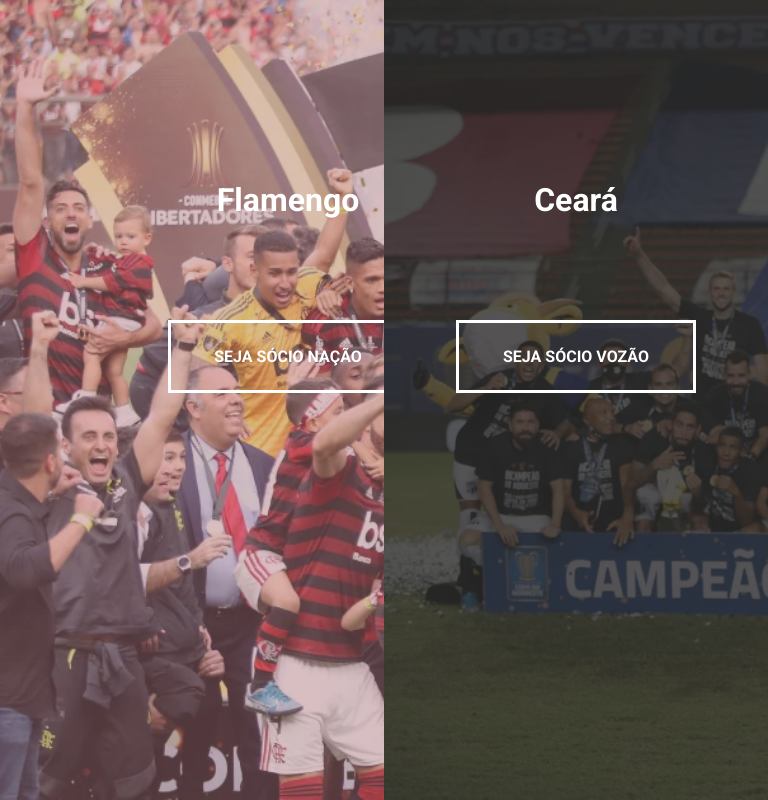
Repository: Williamlmachado/Divis-o-de-P-gina
Page: index.html
These files come from the project's save history. The page is drawn as it stood at one moment and after the next save; the edit follows.
The browser window is 768 px wide. The pictures show the whole page.

Above is the page before, as saved 2021-08-17 10:31:52.

After the next save:
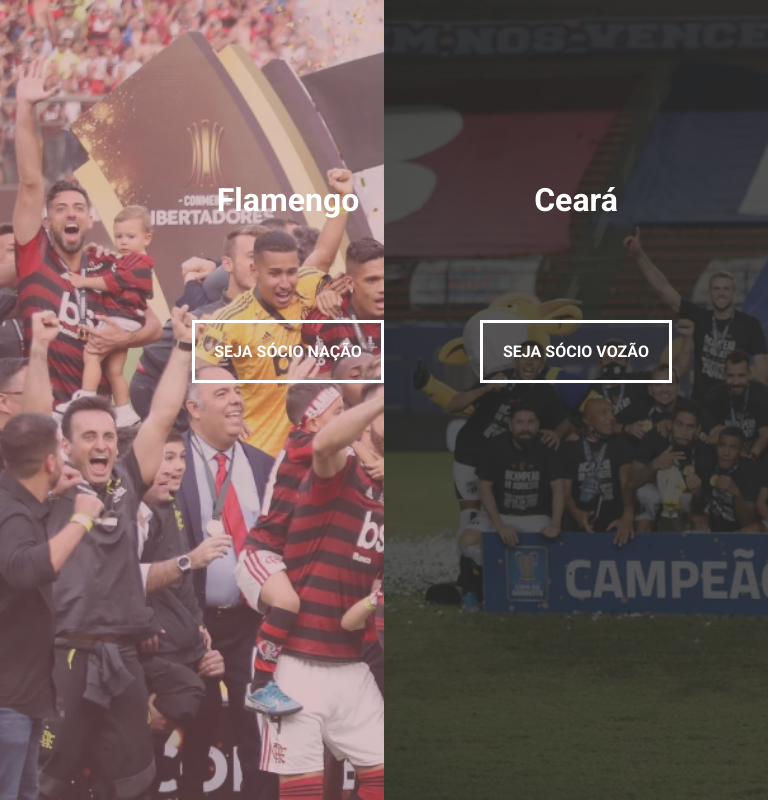
Saved 4 s later.
--- a/style.css
+++ b/style.css
@@ -117,7 +117,7 @@
         font-size: 2rem;
     }
     .btn{
-        padding
+        padding:1.2rem;
         width: 12rem;
 
     }
